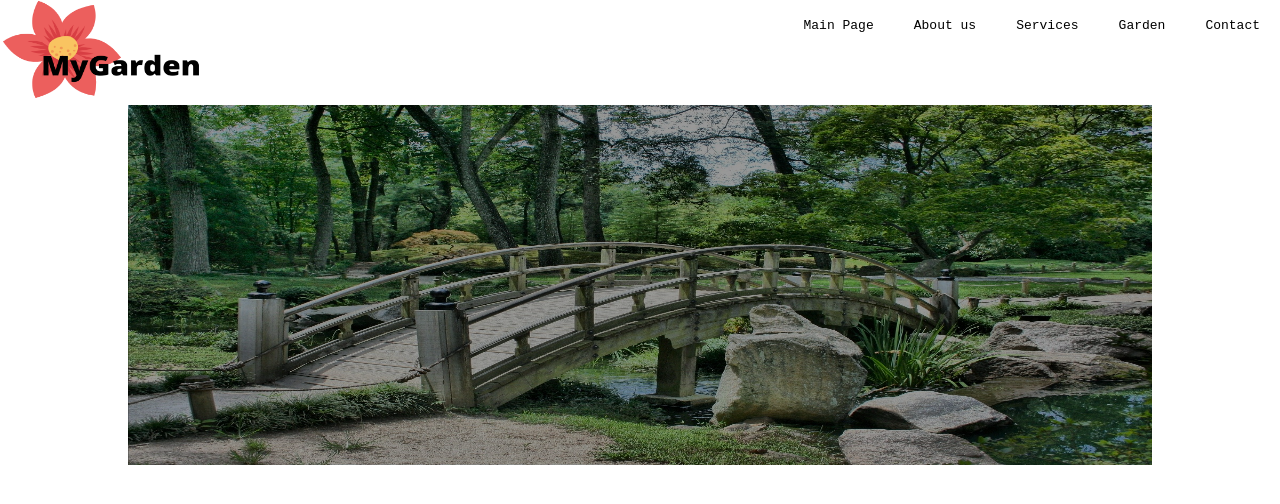
Repository: PatryxB/garden
Page: http://localhost/
An editor plug-in stored every save of this project. The page is shown before and after the next save, followed by the edit.
The browser window is 1280 px wide. The pictures show the whole page.
Some web fonts or font styles are not loaded; a fallback is used. The page is served by the project's Laravel application, run on PHP 8.4 with Laravel 8. Style sheets and scripts are compiled from the project's sources, by tool versions that may differ from the author's.

Above is the page before, as saved 2020-05-01 21:39:08.

After the next save:
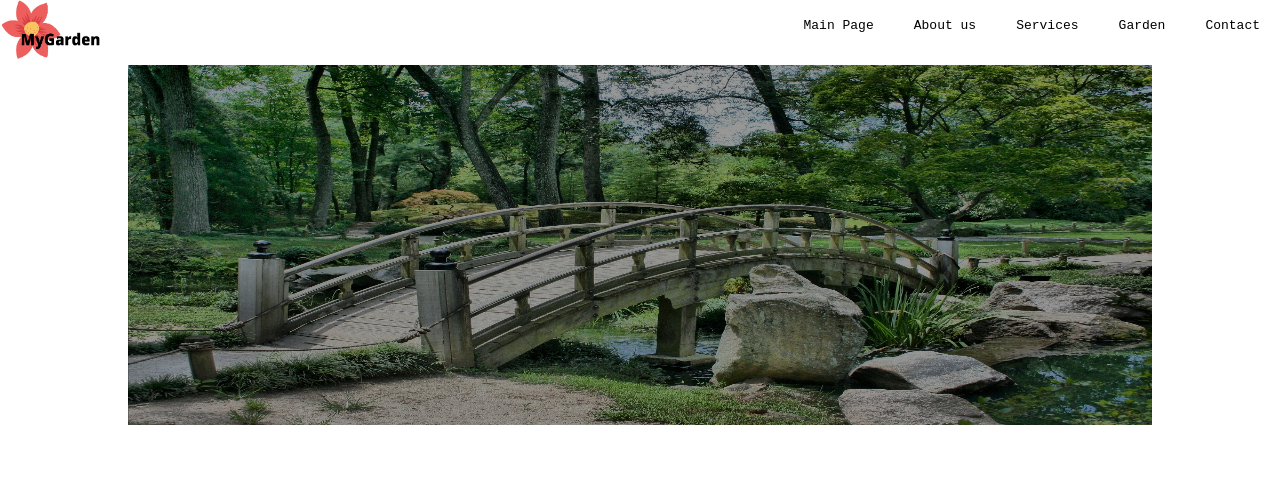
Saved 11 s later.
--- a/resources/views/welcome.blade.php
+++ b/resources/views/welcome.blade.php
@@ -13,7 +13,7 @@
     <body>
 
         <nav>
-            <img src="{{asset('/img/MyGarden.png')}}" width="200" height="100">
+            <img src="{{asset('/img/MyGarden.png')}}" width="100" height="60">
             <ul>
                 <li><a href="">Main Page</a></li>
                 <li><a href="">About us</a></li>
